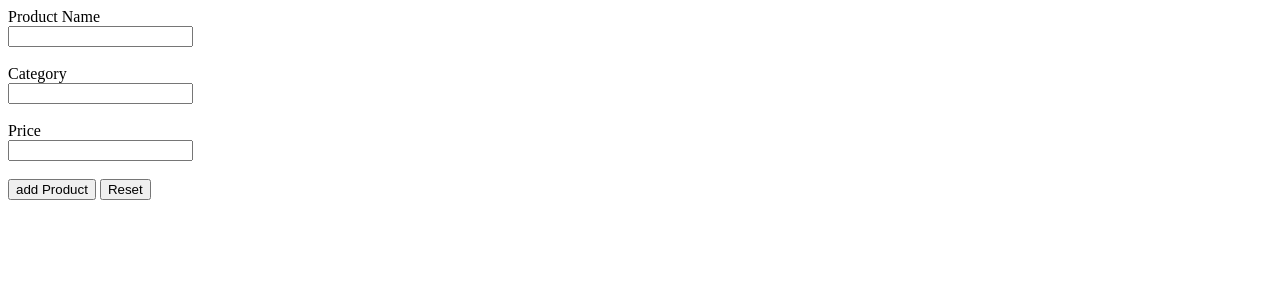
Repository: patramanik/java_ORM_Hibernate
Page: http://localhost/HD19/addproduct.jsp
An editor plug-in stored every save of this project. The page is shown before and after the next save, followed by the edit.
The browser window is 1280 px wide. The pictures show the whole page.
The page is served by Tomcat 9. Nobody is signed in. The application's start-up code is not run.

Above is the page before, as saved 2025-04-09 18:41:01.

After the next save:
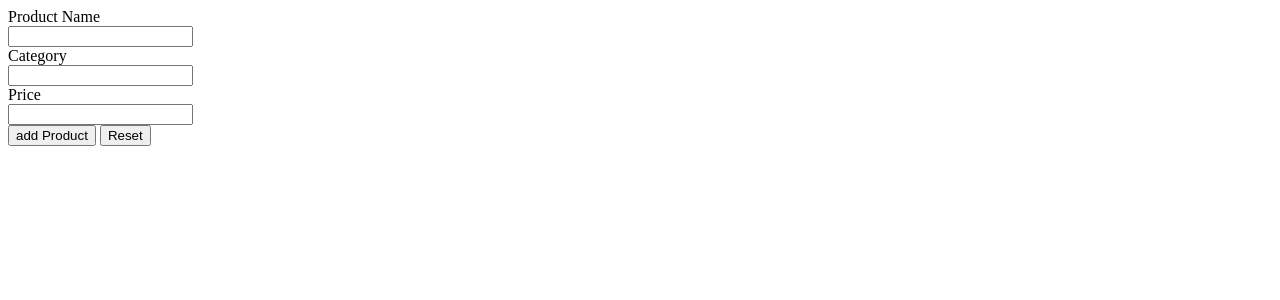
Saved 21 s later.
--- a/HD19/src/main/webapp/addproduct.jsp
+++ b/HD19/src/main/webapp/addproduct.jsp
@@ -11,11 +11,11 @@
 	<div>
 	<form action="AddProduct" method="post">
 	  <label>Product Name</label><br>
-	  <input type="text" name="name"><br><br>
+	  <input type="text" name="name"><br>
 	  <label>Category</label><br>
-	  <input type="text" name="category"><br><br>
+	  <input type="text" name="category"><br>
 	  <label>Price</label><br>
-	  <input type="text" name="price"><br><br>
+	  <input type="text" name="price"><br>
 	  <input type="submit" value="add Product">
 	  <input type="reset">
 	</form>
